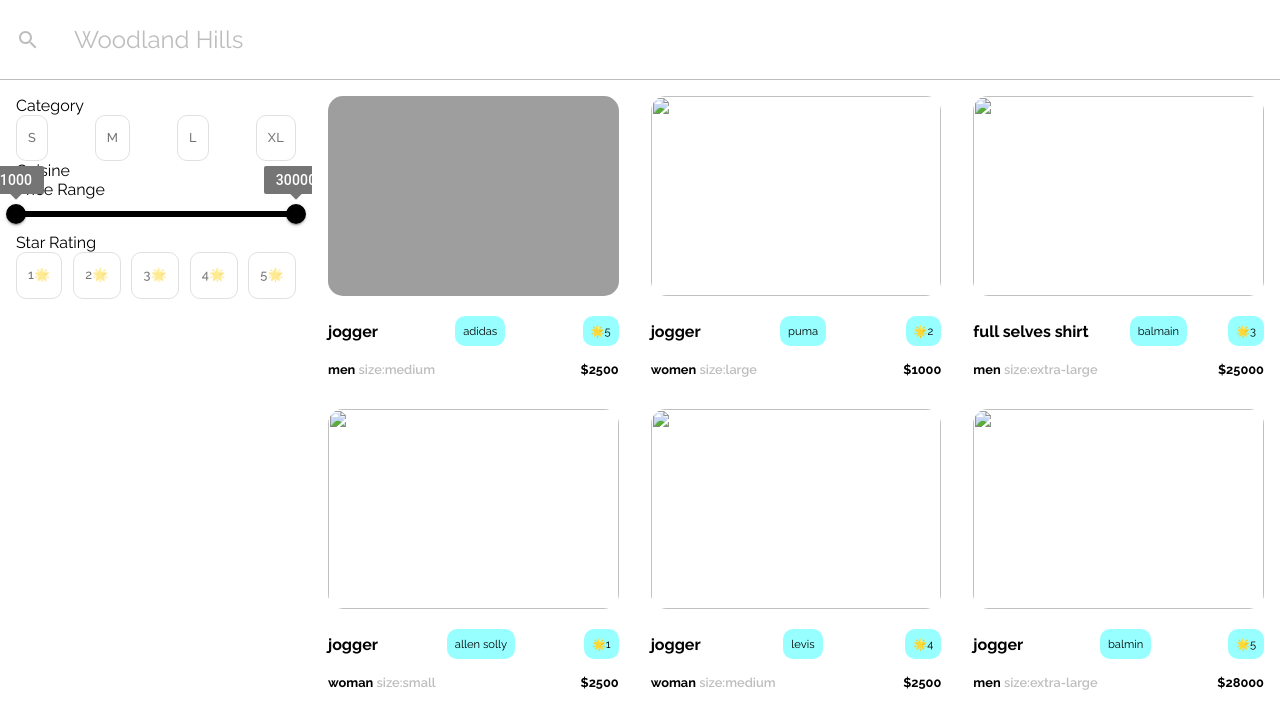
Repository: GokulDev4U/filter_product
Page: /
These files come from the project's save history. The page is drawn as it stood at one moment and after the next save; the edit follows.
The browser window is 1280 px wide. The pictures show the whole page.
Pictures or frames that could not be fetched are drawn as grey boxes. An inner scrolling area shows only its first screen. The project was rebuilt for these pictures with package versions that can differ from the ones it lists, and the page was loaded fresh each time. Also part of the build but not shown: src/components/common/EmptyView/styles.css, src/components/common/EmptyView/index.jsx.

Above is the page before, as saved 2022-03-20 15:46:38.

### src/App.js
import React from "react";
import Home from "./pages/Home";
import "./App.css";

const App = () => <Home />;

export default App;

### src/pages/Home/index.jsx
import React, { useEffect, useState } from 'react';
import EmptyView from '../../components/common/EmptyView';
import FilterPanel from '../../components/Home/FilterPanel';
import List from '../../components/Home/List';
import SearchBar from '../../components/Home/SearchBar';
import { dataList } from '../../constants';
import './styles.css';

const Home = () => {
    const [selectedCategory, setSelectedCategory] = useState(null);
    const [selectedRating, setSelectedRating] = useState(null);
    const [selectedPrice, setSelectedPrice] = useState([1000, 30000]);

    const [cuisines, setCuisines] = useState([
        { id: 1, checked: false, label: 'MEN' },
        { id: 2, checked: false, label: 'Women' },
    ]);

    const [list, setList] = useState(dataList);
    const [resultsFound, setResultsFound] = useState(true);
    const [searchInput, setSearchInput] = useState('');

    const handleSelectCategory = (event, value) =>
        !value ? null : setSelectedCategory(value);

    const handleSelectRating = (event, value) =>
        !value ? null : setSelectedRating(value);

    const handleChangeChecked = (id) => {
        const cusinesStateList = cuisines;
        const changeCheckedCuisines = cusinesStateList.map((item) =>
            item.id === id ? { ...item, checked: !item.checked } : item
        );
        setCuisines(changeCheckedCuisines);
    };

    const handleChangePrice = (event, value) => {
        setSelectedPrice(value);
    };

    const applyFilters = () => {
        let updatedList = dataList;

        // Rating Filter
        if (selectedRating) {
            updatedList = updatedList.filter(
                (item) => parseInt(item.rating) === parseInt(selectedRating)
            );
        }

        // Category Filter
        if (selectedCategory) {
            updatedList = updatedList.filter(
                (item) => item.category === selectedCategory
            );
        }

        // Cuisine Filter
        const cuisinesChecked = cuisines
            .filter((item) => item.checked)
            .map((item) => item.label.toLowerCase());

        if (cuisinesChecked.length) {
            updatedList = updatedList.filter((item) =>
                cuisinesChecked.includes(item.cuisine)
            );
        }

        // Search Filter
        if (searchInput) {
            updatedList = updatedList.filter(
                (item) =>
                    item.title.toLowerCase().search(searchInput.toLowerCase().trim()) !==
                    -1
            );
        }

        // Price Filter
        const minPrice = selectedPrice[0];
        const maxPrice = selectedPrice[1];

        updatedList = updatedList.filter(
            (item) => item.price >= minPrice && item.price <= maxPrice
        );

        setList(updatedList);

        !updatedList.length ? setResultsFound(false) : setResultsFound(true);
    };

    useEffect(() => {
        applyFilters();
    }, [selectedRating, selectedCategory, cuisines, searchInput, selectedPrice]);

    return (
        <div className='home'>
            {/* Search Bar */}
            <SearchBar
                value={searchInput}
                changeInput={(e) => setSearchInput(e.target.value)}
            />
            <div className='home_panelList-wrap'>
                {/* Filter Panel */}
                <div className='home_panel-wrap'>
                    <FilterPanel
                        selectedCategory={selectedCategory}
                        selectCategory={handleSelectCategory}
                        selectedRating={selectedRating}
                        selectedPrice={selectedPrice}
                        selectRating={handleSelectRating}
                        cuisines={cuisines}
                        changeChecked={handleChangeChecked}
                        changePrice={handleChangePrice}
                    />
                </div>
                {/* List & Empty View */}
                <div className='home_list-wrap'>
                    {resultsFound ? <List list={list} /> : <EmptyView />}
                </div>
            </div>
        </div>
    );
};

export default Home;

### src/App.css
@import url("https://fonts.googleapis.com/css2?family=Raleway:ital,wght@0,100;0,200;0,300;0,400;0,500;0,600;0,700;0,800;0,900;1,100;1,200;1,300;1,400;1,500;1,600;1,700;1,800;1,900&display=swap");

*,
*::after,
*::before {
  margin: 0;
}

body {
  font-family: "Raleway", sans-serif;
}

input {
  font-family: "Raleway", sans-serif;
}

/* Hide scrollbar for Chrome, Safari and Opera */
::-webkit-scrollbar {
  display: none;
}

/* Hide scrollbar for IE, Edge and Firefox */
body {
  -ms-overflow-style: none; /* IE and Edge */
  scrollbar-width: none; /* Firefox */
}

### src/components/Home/FilterPanel/index.jsx
import React from 'react';
import { categoryList, ratingList } from '../../../constants';
import CheckboxProton from '../../common/CheckboxProton';
import FilterListToggle from '../../common/FilterListToggle';
import SliderProton from '../../common/SliderProton';
import './styles.css';

const FilterPanel = ({
    selectedCategory,
    selectCategory,
    selectedRating,
    selectedPrice,
    selectRating,
    cuisines,
    changeChecked,
    changePrice,
}) => (
    <div>
        <div className='input-group'>
            <p className='label'>Category</p>
            <FilterListToggle
                options={categoryList}
                value={selectedCategory}
                selectToggle={selectCategory}
            />
        </div>
        <div className='input-group'>
            <p className='label'>Cuisine</p>
            {cuisines.map((cuisine) => (
                <CheckboxProton
                    key={cuisine.id}
                    cuisine={cuisine}
                    changeChecked={changeChecked}
                />
            ))}
        </div>
        <div className='input-group'>
            <p className='label-range'>Price Range</p>
            <SliderProton value={selectedPrice} changePrice={changePrice} />
        </div>
        <div className='input-group'>
            <p className='label'>Star Rating</p>
            <FilterListToggle
                options={ratingList}
                value={selectedRating}
                selectToggle={selectRating}
            />
        </div>
    </div>
);

export default FilterPanel;

### src/components/Home/List/index.jsx
import React from 'react';
import ListItem from './ListItem';
import './styles.css';

const List = ({ list }) => (
    <div className='list-wrap'>
        {list.map((item) => (
            <ListItem key={item.id} item={item} />
        ))}
    </div>
);

export default List;

### src/components/Home/SearchBar/index.jsx
import React from 'react';
import './styles.css';
import SearchIcon from '@mui/icons-material/Search';

const SearchBar = ({ value, changeInput }) => (
    <div className='searchBar-wrap'>
        <SearchIcon className='searchBar-icon' />
        <input
            type='text'
            placeholder='Woodland Hills'
            value={value}
            onChange={changeInput}
        />
    </div>
);

export default SearchBar;

### src/constants/index.js
export const categoryList = [
  {
    id: 1,
    value: "small",
    label: "s",
  },
  {
    id: 2,
    value: "medium",
    label: "m",
  },
  {
    id: 3,
    value: "large",
    label: "l",
  },
  {
    id: 4,
    value: "extra-large",
    label: "xl",
  },
];

// export const highLowList = [
//   {
//     id: 1,
//     value: "small",
//     label: "",
//   },
//   {
//     id: 2,
//     value: "medium",
//     label: "m",
//   },
// ];

export const ratingList = [
  {
    id: 1,
    value: "1",
    label: "1🌟",
  },
  {
    id: 2,
    value: "2",
    label: "2🌟",
  },
  {
    id: 3,
    value: "3",
    label: "3🌟",
  },
  {
    id: 4,
    value: "4",
    label: "4🌟",
  },
  {
    id: 5,
    value: "5",
    label: "5🌟",
  },
];

export const dataList = [
  {
    id: 1,
    title: "jogger",
    category: "men",
    brand: "adidas", //checkbox
    size: "medium",
    rating: 5,
    price: 2500,
    coverSrc:
      "https://assets.myntassets.com/h_1440,q_90,w_1080/v1/assets/images/16740710/2022/1/27/8741c976-79a4-449b-b448-59609bdc47541643275980430-ADIDAS-Men-Track-Pants-3281643275979689-1.jpg",
  },
  {
    id: 2,
    title: "jogger",
    category: "women",
    brand: "puma", //checkbox
    size: "large",
    rating: 2,
    price: 1000,
    coverSrc: "",
  },
  {
    id: 3,
    title: "full selves shirt",
    category: "men",
    brand: "balmain", //checkbox
    size: "extra-large",
    rating: 3,
    price: 25000,
    coverSrc: "",
  },
  {
    id: 4,
    title: "jogger",
    category: "woman",
    brand: "allen solly", //checkbox
    size: "small",
    rating: 1,
    price: 2500,
    coverSrc: "",
  },
  {
    id: 5,
    title: "jogger",
    category: "woman",
    brand: "levis", //checkbox
    size: "medium",
    rating: 4,
    price: 2500,
    coverSrc: "",
  },
  {
    id: 6,
    title: "jogger",
    category: "men",
    brand: "balmin", //checkbox
    size: "extra-large",
    rating: 5,
    price: 28000,
    coverSrc: "",
  },
  {
    id: 7,
    title: "jogger",
    category: "women",
    brand: "adidas", //checkbox
    size: "large",
    rating: 2,
    price: 5000,
    coverSrc: "",
  },
];

### src/pages/Home/styles.css
.home {
  display: flex;
  flex-direction: column;
  height: 100vh;
}
.home_panelList-wrap,
.home_panel-wrap,
.home_list-wrap {
  overflow-y: auto;
}

.home_panelList-wrap {
  flex: 1;
  display: flex;
}
.home_panel-wrap {
  flex-basis: 280px;
  padding: 1rem;
}
.home_list-wrap {
  flex: 1;
  padding: 1rem;
}

### src/components/common/CheckboxProton/index.jsx
import React from 'react';
import Checkbox from '@mui/material/Checkbox';
import { makeStyles } from '@mui/styles';
import FormControlLabel from '@mui/material/FormControl';

const useStyles = makeStyles({
    root: {
        '&$checked': {
            color: '#000',
        },
    },
    checked: {},
    wrap: {
        width: '100%',
        display: 'flex',
        flexDirection: 'row-reverse',
        justifyContent: 'space-between',
        alignItems: 'center',
        marginLeft: 0,
    },
    label: {
        fontSize: '.8rem',
        fontFamily: `'Raleway', sans-serif`,
    },
});

const CheckboxProton = ({ changeChecked, cuisine }) => {
    const classes = useStyles();
    const { checked, label, id } = cuisine;
    return (
        <div>
            <FormControlLabel
                classes={{
                    label: classes.label,
                    root: classes.wrap,
                }}
                control={
                    <Checkbox
                        classes={{
                            checked: classes.checked,
                            root: classes.root,
                        }}
                        size='small'
                        checked={checked}
                        onChange={() => changeChecked(id)}
                        inputProps={{ 'aria-label': 'checkbox with small size' }}
                    />
                }
                label={label}
            />
        </div>
    );
};

export default CheckboxProton;

### src/components/common/FilterListToggle/index.jsx
import React from 'react';
import ToggleButton from '@mui/material/ToggleButton';
import ToggleButtonGroup from '@mui/material/ToggleButtonGroup';
import { makeStyles } from '@mui/styles';

const useStyles = makeStyles({
    root: {
        width: '100%',
        justifyContent: 'space-between',
    },
    toggle: {
        fontFamily: `'Raleway', sans-serif`,
        fontSize: '.8rem',
        border: '1px solid rgba(0, 0, 0, 0.12)',
        borderRadius: '10px',
        '&.MuiToggleButtonGroup-groupedHorizontal:not(:last-child)': {
            borderRadius: '10px',
        },
        '&.MuiToggleButtonGroup-groupedHorizontal:not(:first-child)': {
            borderRadius: '10px',
            border: '1px solid rgba(0, 0, 0, 0.12)',
        },
        '&.Mui-selected': {
            borderRadius: '10px',
            background: '#000',
            color: '#fff',
        },
        '&.MuiToggleButton-root': {
            '&:hover': {
                background: '#000',
                color: '#fff',
            },
        },
    },
});

const FilterListToggle = ({ options, value, selectToggle }) => {
    const classes = useStyles();
    return (
        <ToggleButtonGroup
            value={value}
            exclusive
            onChange={selectToggle}
            className={classes.root}
        >
            {options.map(({ label, id, value }) => (
                <ToggleButton className={classes.toggle} key={id} value={value}>
                    {label}
                </ToggleButton>
            ))}
        </ToggleButtonGroup>
    );
};

export default FilterListToggle;

### src/components/common/SliderProton/index.jsx
import React from 'react';
import { makeStyles } from '@mui/styles';
// import Typography from '@mui/Typography';
import Slider from '@mui/material/Slider';

const useStyles = makeStyles({
    root: {
        width: '100%',
    },
    thumb: {
        color: '#000',
    },
    rail: {
        color: `rgba(0, 0, 0, 0.26)`,
    },
    track: {
        color: '#000',
    },
});

const SliderProton = ({ value, changePrice }) => {
    const classes = useStyles();

    return (
        <div className={classes.root}>
            <Slider
                value={value}
                onChange={changePrice}
                valueLabelDisplay='on'
                min={1000}
                max={30000}
                classes={{
                    thumb: classes.thumb,
                    rail: classes.rail,
                    track: classes.track,
                }}
            />
        </div>
    );
};

export default SliderProton;

### src/components/Home/List/ListItem/index.jsx
import React from 'react';
import './styles.css';

const ListItem = ({
    item: { coverSrc, title, price, category, brand, size, rating },
}) => (
    <div className='listItem-wrap'>
        <img src={coverSrc} alt='' />
        <header>
            <h4>{title}</h4>
            <span>{brand}</span>
            <span>🌟{rating}</span>
        </header>
        <footer>
            <p>
                <b>{category}</b>  <span>size:{size}</span>
            </p>
            <p>
                <b>${price}</b>
            </p>
        </footer>
    </div>
);

export default ListItem;

### src/components/Home/List/styles.css
.list-wrap {
  display: grid;
  grid-template-columns: repeat(3, 1fr);
  grid-gap: 2rem;
}

### src/components/Home/SearchBar/styles.css
.searchBar-wrap {
  display: flex;
  align-items: center;
  border-bottom: 1px solid rgba(0, 0, 0, 0.26);
  padding: 1.5rem 1rem;
}
.searchBar-icon {
  color: rgba(0, 0, 0, 0.26);
  margin-right: 2rem;
}

.searchBar-wrap input {
  font-size: 1.5rem;
  outline: none;
  border: none;
  width: 100%;
}

.searchBar-wrap input::placeholder {
  color: rgba(0, 0, 0, 0.26);
}

### src/components/Home/List/ListItem/styles.css
.listItem-wrap img {
  width: 100%;
  border-radius: 15px;
  height: 200px;
  object-fit: cover;
}
.listItem-wrap header {
  display: flex;
  justify-content: space-between;
  margin: 1rem 0 1rem 0;
  align-items: center;
}

.listItem-wrap header span {
  font-size: 0.7rem;
  background-color: #97ffff;
  padding: 0.5rem;
  border-radius: 10px;
}
.listItem-wrap footer {
  font-size: 0.8rem;
  display: flex;
  align-items: center;
  justify-content: space-between;
}
.listItem-wrap footer p:first-child span {
  color: rgba(0, 0, 0, 0.26);
  font-weight: 600;
}

Loaded but not shown: public/index.html (common file); src/index.js (common file); src/index.css (common file); src/components/Home/FilterPanel/styles.css (no stored copy; drawn as an empty file)

After the next save:
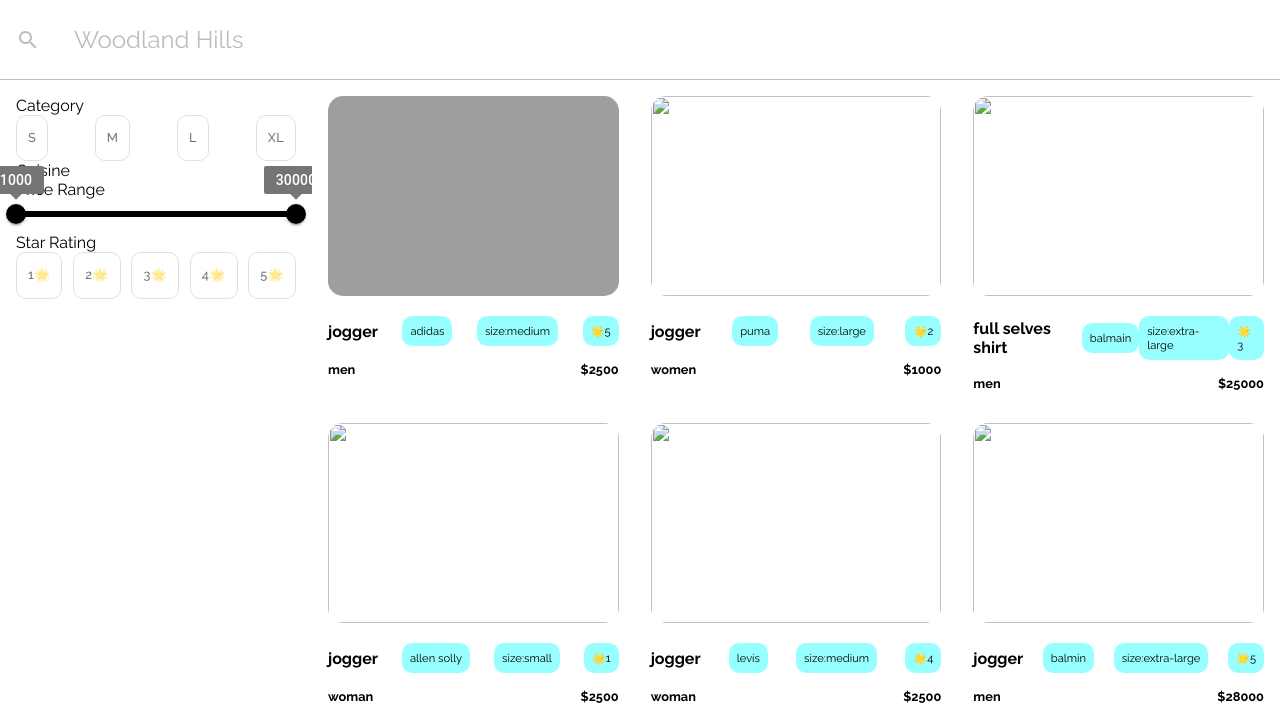
Saved 35 s later.
--- a/src/components/Home/List/ListItem/index.jsx
+++ b/src/components/Home/List/ListItem/index.jsx
@@ -9,11 +9,12 @@ const ListItem = ({
         <header>
             <h4>{title}</h4>
             <span>{brand}</span>
+            <span>size:{size}</span>
             <span>🌟{rating}</span>
         </header>
         <footer>
             <p>
-                <b>{category}</b>  <span>size:{size}</span>
+                <b>{category}</b>
             </p>
             <p>
                 <b>${price}</b>
